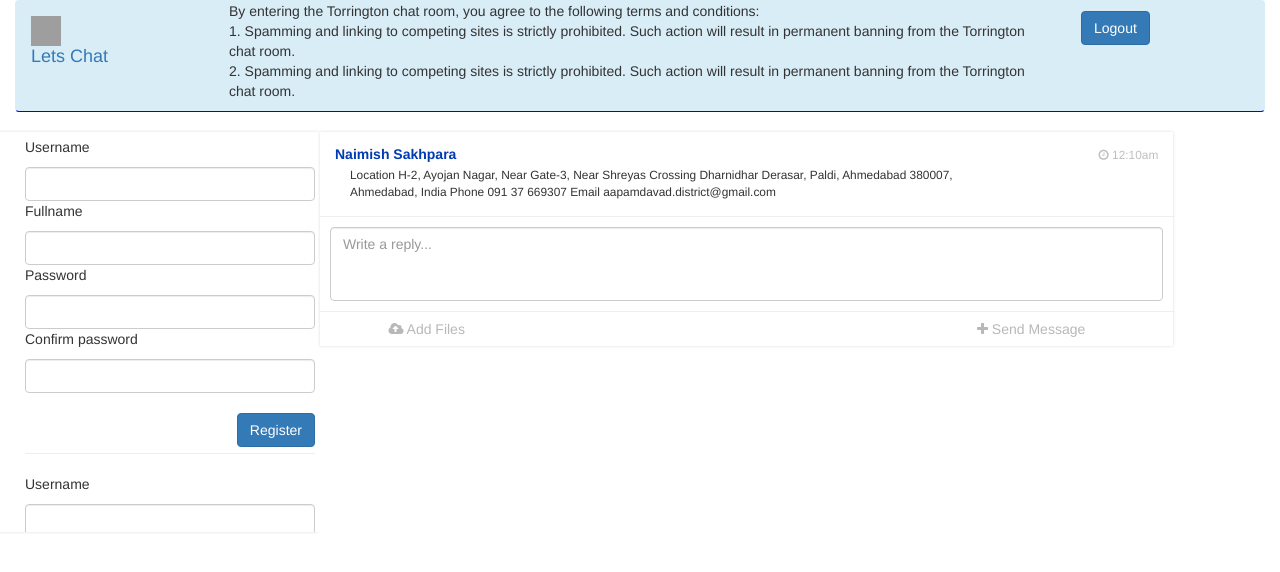
Repository: muazzamkha95/NodeChatApp
Page: chat.html
The author's editor kept a copy of each file at every save. The page is drawn from the files as they stood at one save, then again after the next save.
The browser window is 1280 px wide. The pictures show the whole page.
Pictures or frames that could not be fetched are drawn as grey boxes. Some web libraries are served in a nearby version.

Above is the page before, as saved 2020-03-24 02:29:14.
Console error (its wording comes from the project's code and is left out).

After the next save:
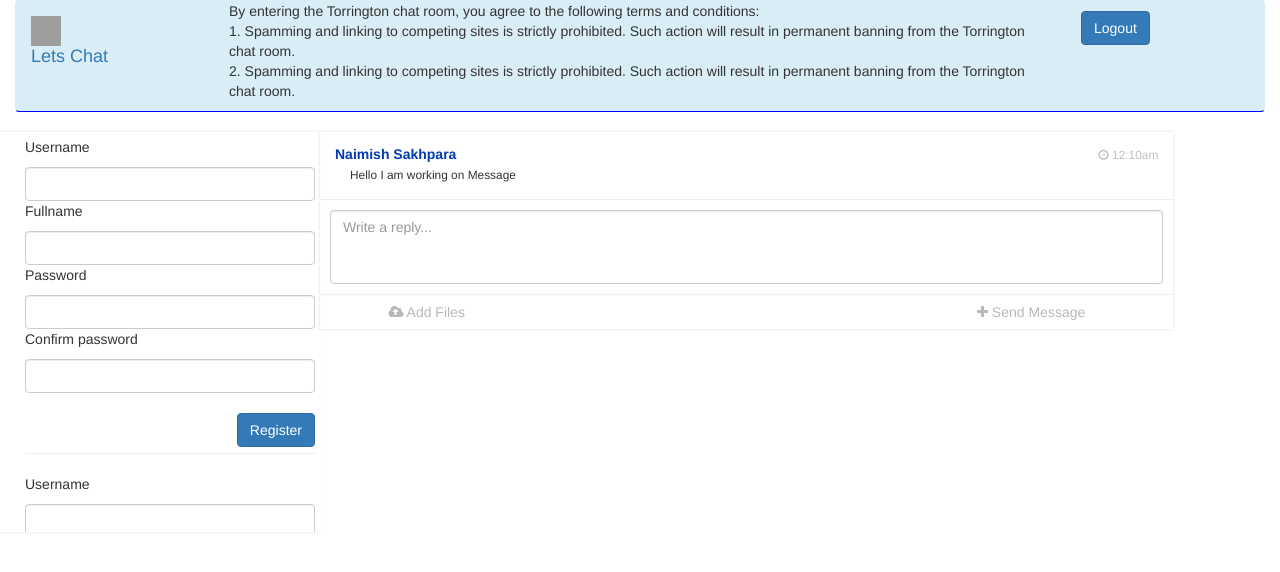
Saved 14 s later.
--- a/chat.html
+++ b/chat.html
@@ -82,12 +82,7 @@
                     <div class="media-body">
                         <small class="pull-right time"><i class="fa fa-clock-o"></i> 12:10am</small>
                         <h5 class="media-heading"><b>Naimish Sakhpara</b></h5>
-                        <small class="col-lg-10">Location H-2, Ayojan Nagar, Near Gate-3, Near
-                            Shreyas Crossing Dharnidhar Derasar,
-                            Paldi, Ahmedabad 380007, Ahmedabad,
-                            India
-                            Phone 091 37 669307
-                            Email aapamdavad.district@gmail.com</small>
+                        <small class="col-lg-10">Hello I am working on Message</small>
                     </div>
                 </div>
 
